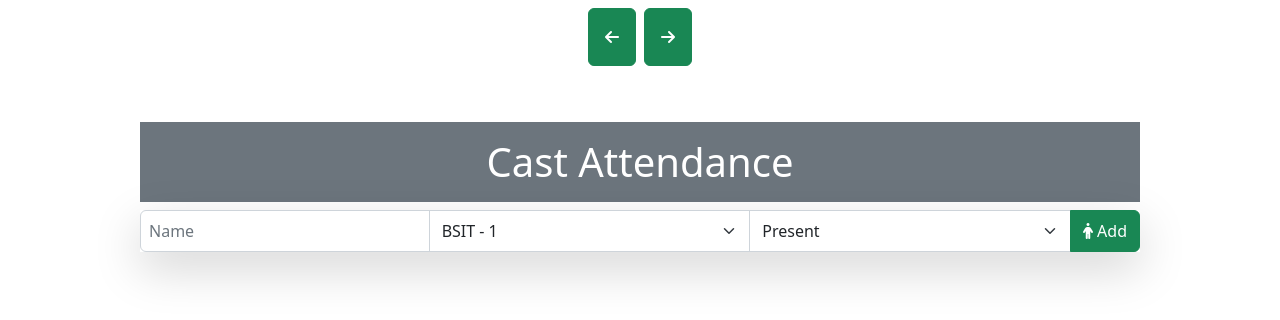
Repository: FRANZSAIJEM/livewire
Page: /second
The author's editor kept a copy of each file at every save. The page is drawn from the files as they stood at one save, then again after the next save.
The browser window is 1280 px wide. The pictures show the whole page.
The page's requests for data from a server got no answer. Some web libraries are served in a nearby version. The project was rebuilt for these pictures with package versions that can differ from the ones it lists, and the page was loaded fresh each time. No one was signed in, and anything a server would have sent is missing. Also part of the build but not shown: vite.config.ts.

Above is the page before, as saved 2023-02-16 09:03:51.

After the next save:
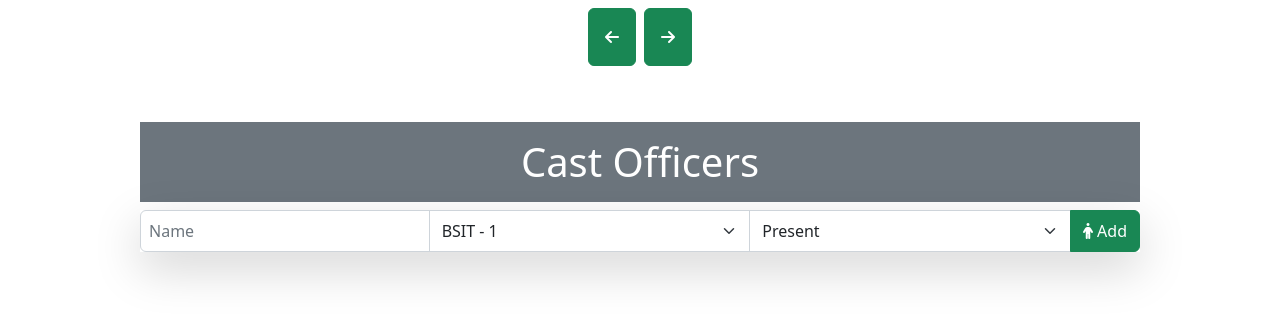
Saved 7 h 33 min later.
--- a/src/views/SecondPageView.vue
+++ b/src/views/SecondPageView.vue
@@ -11,7 +11,7 @@
 
 
 
-        <h1 class="bg-secondary p-3 text-center text-white">Cast Attendance</h1>
+        <h1 class="bg-secondary p-3 text-center text-white">Cast Officers</h1>
         <div class="input-group mb-5 shadow-lg">
         <input v-model="newNameInput" type="text" name="" id="" class="form-control p-2" placeholder="Name">
 
